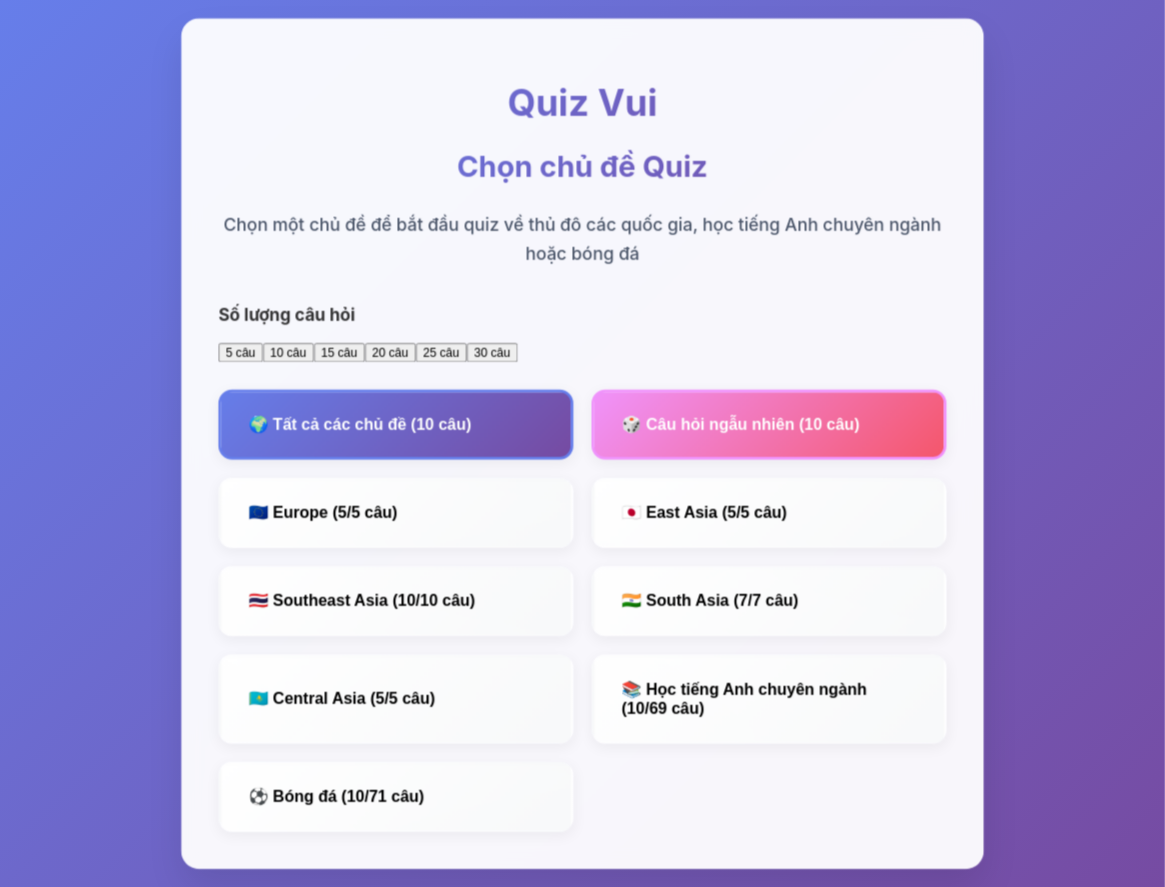
Repository: HuynhPPP/Quiz_App
Page: /
The author's editor kept a copy of each file at every save. The page is drawn from the files as they stood at one save, then again after the next save.
The browser window is 1280 px wide. The pictures show the whole page, at 91% of full size.
The project was rebuilt for these pictures with package versions that can differ from the ones it lists, and the page was loaded fresh each time. Also part of the build but not shown: vite.config.js, src/components/Resutl.jsx, src/components/Review.jsx.

Above is the page before, as saved 2025-09-27 15:31:01.

### index.html
<!doctype html>
<html lang="en">
  <head>
    <meta charset="UTF-8" />
    <link rel="icon" type="image/svg+xml" href="/vite.svg" />
    <meta name="viewport" content="width=device-width, initial-scale=1.0" />
    <title>Quiz Vui</title>
  </head>
  <body>
    <div id="root"></div>
    <script type="module" src="/src/main.jsx"></script>
  </body>
</html>

### src/index.css
/* Global reset and styling */
body {
  margin: 0;
  padding: 0;
  font-family: "Inter", "Segoe UI", Tahoma, Geneva, Verdana, sans-serif;
  background: linear-gradient(135deg, #667eea 0%, #764ba2 100%);
  color: #333;
  min-height: 100vh;
}

/* Container styling for the app */
.container {
  max-width: 800px;
  margin: 20px auto;
  background: rgba(255, 255, 255, 0.95);
  padding: 40px;
  border-radius: 20px;
  box-shadow: 0 20px 40px rgba(0, 0, 0, 0.1);
  backdrop-filter: blur(10px);
  border: 1px solid rgba(255, 255, 255, 0.2);
}

/* Header styling */
h1,
h2 {
  text-align: center;
  margin-bottom: 30px;
  background: linear-gradient(135deg, #667eea, #764ba2);
  -webkit-background-clip: text;
  -webkit-text-fill-color: transparent;
  background-clip: text;
  font-weight: 700;
}

h1 {
  font-size: 2.5em;
  margin-bottom: 10px;
}

h2 {
  font-size: 2em;
}

/* Styling the question text */
.question {
  font-size: 1.4em;
  margin-bottom: 30px;
  font-weight: 600;
  color: #2d3748;
  line-height: 1.6;
  text-align: center;
  padding: 20px;
  background: linear-gradient(135deg, #f7fafc, #edf2f7);
  border-radius: 15px;
  border-left: 5px solid #667eea;
}

/* Option button styling */
.option {
  display: block;
  width: 100%;
  padding: 20px 25px;
  margin: 15px 0;
  border: 3px solid transparent;
  border-radius: 15px;
  background: linear-gradient(135deg, #ffffff, #f8f9fa);
  cursor: pointer;
  text-align: left;
  transition: all 0.3s cubic-bezier(0.4, 0, 0.2, 1);
  font-size: 1.1em;
  font-weight: 500;
  color: #2d3748;
  box-shadow: 0 4px 15px rgba(0, 0, 0, 0.05);
  position: relative;
  overflow: hidden;
}

.option::before {
  content: '';
  position: absolute;
  top: 0;
  left: -100%;
  width: 100%;
  height: 100%;
  background: linear-gradient(90deg, transparent, rgba(255, 255, 255, 0.4), transparent);
  transition: left 0.5s;
}

.option:hover::before {
  left: 100%;
}

.option:hover {
  transform: translateY(-3px);
  box-shadow: 0 8px 25px rgba(102, 126, 234, 0.15);
  border-color: #667eea;
  background: linear-gradient(135deg, #f8f9ff, #ffffff);
}

.option.selected {
  background: linear-gradient(135deg, #667eea, #764ba2);
  border-color: #667eea;
  color: white;
  transform: translateY(-2px);
  box-shadow: 0 8px 25px rgba(102, 126, 234, 0.3);
}

.option.selected::before {
  background: linear-gradient(90deg, transparent, rgba(255, 255, 255, 0.2), transparent);
}

/* Navigation button styles */
.nav-buttons {
  display: flex;
  justify-content: space-between;
  margin-top: 40px;
  gap: 20px;
}

.nav-buttons button {
  padding: 15px 30px;
  border: none;
  background: linear-gradient(135deg, #667eea, #764ba2);
  color: white;
  border-radius: 12px;
  cursor: pointer;
  font-size: 1.1em;
  font-weight: 600;
  transition: all 0.3s cubic-bezier(0.4, 0, 0.2, 1);
  box-shadow: 0 4px 15px rgba(102, 126, 234, 0.3);
  position: relative;
  overflow: hidden;
}

.nav-buttons button::before {
  content: '';
  position: absolute;
  top: 0;
  left: -100%;
  width: 100%;
  height: 100%;
  background: linear-gradient(90deg, transparent, rgba(255, 255, 255, 0.2), transparent);
  transition: left 0.5s;
}

.nav-buttons button:hover::before {
  left: 100%;
}

.nav-buttons button:hover {
  transform: translateY(-2px);
  box-shadow: 0 8px 25px rgba(102, 126, 234, 0.4);
}

.nav-buttons button:disabled {
  background: linear-gradient(135deg, #a0aec0, #cbd5e0);
  cursor: not-allowed;
  transform: none;
  box-shadow: 0 2px 8px rgba(0, 0, 0, 0.1);
}

.nav-buttons button:disabled::before {
  display: none;
}

.result-button {
  display: block;
  padding: 10px 20px;
  border: none;
  background: oklch(55.4% 0.046 257.417);
  color: white;
  border-radius: 6px;
  cursor: pointer;
  font-size: 1em;
  transition: background 0.3s;
}

.result-button:hover {
  background: #1e88e5;
}

/* Score display styling */
.score {
  font-size: 1.4em;
  text-align: center;
  margin: 20px 0;
}

.correct-answer {
  color: #10b981;
  font-weight: 600;
  font-size: 1.1em;
  text-align: center;
  padding: 15px;
  background: linear-gradient(135deg, #d1fae5, #a7f3d0);
  border-radius: 10px;
  border-left: 5px solid #10b981;
  margin: 20px 0;
  animation: slideIn 0.3s ease-out;
}

.incorrect-answer {
  color: #ef4444;
  font-weight: 600;
  font-size: 1.1em;
  text-align: center;
  padding: 15px;
  background: linear-gradient(135deg, #fee2e2, #fecaca);
  border-radius: 10px;
  border-left: 5px solid #ef4444;
  margin: 20px 0;
  animation: slideIn 0.3s ease-out;
}

@keyframes slideIn {
  from {
    opacity: 0;
    transform: translateY(-10px);
  }
  to {
    opacity: 1;
    transform: translateY(0);
  }
}

p.result {
  text-align: center;
  margin: 40px;
}

.resultButtonsContainer {
  display: flex;
  justify-content: center;
  gap: 20px;
}

/* Review component styles */
.review-question {
  margin-bottom: 40px;
  padding: 30px;
  background: linear-gradient(135deg, rgba(102, 126, 234, 0.05), rgba(118, 75, 162, 0.05));
  border-radius: 20px;
  border: 1px solid rgba(102, 126, 234, 0.1);
}

.review-question h3 {
  margin-bottom: 20px;
  font-size: 1.5em;
  background: linear-gradient(135deg, #667eea, #764ba2);
  -webkit-background-clip: text;
  -webkit-text-fill-color: transparent;
  background-clip: text;
}

.review-options {
  margin: 25px 0;
}

.review-options .option {
  position: relative;
  cursor: default;
  padding: 20px 25px;
  margin: 15px 0;
  border: 3px solid transparent;
  border-radius: 15px;
  font-size: 1.1em;
  font-weight: 500;
  transition: all 0.3s ease;
}

.review-options .option:hover {
  transform: none;
  box-shadow: none;
}

.review-options .correct-user-answer {
  background: linear-gradient(135deg, #d4edda, #c3e6cb);
  border-color: #28a745;
  color: #155724;
  box-shadow: 0 4px 15px rgba(40, 167, 69, 0.2);
}

.review-options .incorrect-user-answer {
  background: linear-gradient(135deg, #f8d7da, #f5c6cb);
  border-color: #dc3545;
  color: #721c24;
  box-shadow: 0 4px 15px rgba(220, 53, 69, 0.2);
}

.review-options .correct-answer {
  background: linear-gradient(135deg, #d1ecf1, #bee5eb);
  border-color: #17a2b8;
  color: #0c5460;
  box-shadow: 0 4px 15px rgba(23, 162, 184, 0.2);
}

.answer-label {
  font-weight: bold;
  font-size: 0.9em;
  margin-left: 10px;
  padding: 4px 8px;
  border-radius: 6px;
  background: rgba(255, 255, 255, 0.3);
}

.answer-status {
  margin: 25px 0;
  padding: 20px;
  border-radius: 15px;
  background: linear-gradient(135deg, #f8f9fa, #e9ecef);
  border-left: 5px solid #667eea;
  font-size: 1.1em;
  font-weight: 600;
}

.answer-status .correct-answer {
  color: #28a745;
  font-weight: bold;
}

.answer-status .incorrect-answer {
  color: #dc3545;
  font-weight: bold;
}

.answer-status .no-answer {
  color: #ffc107;
  font-weight: bold;
}

.review-buttons {
  display: flex;
  justify-content: center;
  gap: 20px;
  margin-top: 40px;
  flex-wrap: wrap;
}

.review-buttons .result-button {
  padding: 15px 30px;
  border: none;
  border-radius: 12px;
  cursor: pointer;
  font-size: 1.1em;
  font-weight: 600;
  transition: all 0.3s cubic-bezier(0.4, 0, 0.2, 1);
  box-shadow: 0 4px 15px rgba(0, 0, 0, 0.1);
  position: relative;
  overflow: hidden;
}

.review-buttons .result-button:first-child {
  background: linear-gradient(135deg, #6c757d, #5a6268);
  color: white;
}

.review-buttons .result-button:last-child {
  background: linear-gradient(135deg, #667eea, #764ba2);
  color: white;
}

.review-buttons .result-button:hover {
  transform: translateY(-2px);
  box-shadow: 0 8px 25px rgba(0, 0, 0, 0.2);
}

.review-buttons .result-button:first-child:hover {
  background: linear-gradient(135deg, #5a6268, #495057);
}

.review-buttons .result-button:last-child:hover {
  background: linear-gradient(135deg, #5a6fd8, #6a4190);
}

/* Quiz Selector styles */
.quiz-description {
  text-align: center;
  margin-bottom: 40px;
  color: #4a5568;
  font-size: 1.2em;
  font-weight: 500;
  line-height: 1.6;
}

.quiz-categories {
  display: grid;
  grid-template-columns: repeat(auto-fit, minmax(300px, 1fr));
  gap: 20px;
  margin-top: 30px;
}

.category-button {
  padding: 25px 30px;
  border: 3px solid transparent;
  border-radius: 15px;
  background: linear-gradient(135deg, #ffffff, #f8f9fa);
  cursor: pointer;
  font-size: 1.1em;
  font-weight: 600;
  transition: all 0.3s cubic-bezier(0.4, 0, 0.2, 1);
  text-align: left;
  box-shadow: 0 4px 15px rgba(0, 0, 0, 0.05);
  position: relative;
  overflow: hidden;
}

.category-button::before {
  content: '';
  position: absolute;
  top: 0;
  left: -100%;
  width: 100%;
  height: 100%;
  background: linear-gradient(90deg, transparent, rgba(102, 126, 234, 0.1), transparent);
  transition: left 0.5s;
}

.category-button:hover::before {
  left: 100%;
}

.category-button:hover {
  border-color: #667eea;
  background: linear-gradient(135deg, #f8f9ff, #ffffff);
  transform: translateY(-5px);
  box-shadow: 0 15px 35px rgba(102, 126, 234, 0.2);
}

.category-button.all-questions {
  background: linear-gradient(135deg, #667eea 0%, #764ba2 100%);
  color: white;
  border-color: #667eea;
  font-weight: bold;
}

.category-button.all-questions:hover {
  background: linear-gradient(135deg, #5a6fd8 0%, #6a4190 100%);
  transform: translateY(-5px);
  box-shadow: 0 15px 35px rgba(102, 126, 234, 0.4);
}

.category-button.random {
  background: linear-gradient(135deg, #f093fb 0%, #f5576c 100%);
  color: white;
  border-color: #f093fb;
  font-weight: bold;
}

.category-button.random:hover {
  background: linear-gradient(135deg, #ee82f0 0%, #f3455a 100%);
  transform: translateY(-5px);
  box-shadow: 0 15px 35px rgba(240, 147, 251, 0.4);
}

/* Dark Theme Styles */
.dark-theme {
  background: #1a1a1a;
  color: #e0e0e0;
}

.dark-theme .container {
  background: #2d2d2d;
  color: #e0e0e0;
  box-shadow: 0 4px 12px rgba(0, 0, 0, 0.3);
}

.dark-theme .option {
  background: #3d3d3d;
  color: #e0e0e0;
  border-color: #555;
}

.dark-theme .option:hover {
  background: #4d4d4d;
}

.dark-theme .option.selected {
  background: #1e3a8a;
  border-color: #3b82f6;
  color: #e0e0e0;
}

.dark-theme .nav-buttons button {
  background: #3b82f6;
}

.dark-theme .nav-buttons button:hover {
  background: #2563eb;
}

.dark-theme .result-button {
  background: #3b82f6;
}

.dark-theme .result-button:hover {
  background: #2563eb;
}

/* Theme Toggle */
.theme-toggle {
  position: fixed;
  top: 20px;
  right: 20px;
  z-index: 1000;
}

.theme-toggle-btn {
  width: 50px;
  height: 50px;
  border-radius: 50%;
  border: 2px solid #e0e0e0;
  background: #fff;
  cursor: pointer;
  font-size: 20px;
  display: flex;
  align-items: center;
  justify-content: center;
  transition: all 0.3s;
  box-shadow: 0 2px 8px rgba(0, 0, 0, 0.1);
}

.theme-toggle-btn:hover {
  transform: scale(1.1);
  box-shadow: 0 4px 12px rgba(0, 0, 0, 0.2);
}

.dark-theme .theme-toggle-btn {
  background: #2d2d2d;
  border-color: #555;
  color: #e0e0e0;
}

/* Timer Styles */
.timer-container {
  display: flex;
  flex-direction: column;
  align-items: center;
  margin-bottom: 20px;
}

.timer-header {
  display: flex;
  align-items: center;
  gap: 10px;
  margin-bottom: 15px;
}

.game-mode-icon {
  font-size: 24px;
}

.game-mode-name {
  font-size: 18px;
  font-weight: bold;
}

.timer-display {
  position: relative;
}

.timer-circle {
  position: relative;
  width: 120px;
  height: 120px;
}

.timer-svg {
  width: 100%;
  height: 100%;
  transform: rotate(-90deg);
}

.timer-progress {
  transition: stroke-dashoffset 0.3s ease;
}

.timer-progress.active {
  animation: pulse 1s infinite;
}

@keyframes pulse {
  0%, 100% { opacity: 1; }
  50% { opacity: 0.7; }
}

.timer-text {
  position: absolute;
  top: 50%;
  left: 50%;
  transform: translate(-50%, -50%);
  text-align: center;
}

.time-number {
  display: block;
  font-size: 24px;
  font-weight: bold;
  color: #333;
}

.time-label {
  display: block;
  font-size: 12px;
  color: #666;
}

.dark-theme .time-number {
  color: #e0e0e0;
}

.dark-theme .time-label {
  color: #999;
}

/* Streak Display */
.streak-container {
  display: flex;
  flex-direction: column;
  align-items: center;
  padding: 15px;
  background: linear-gradient(135deg, #ff6b6b, #ffa500);
  border-radius: 15px;
  color: white;
  min-width: 200px;
}

.streak-main {
  display: flex;
  align-items: center;
  gap: 15px;
  margin-bottom: 10px;
}

.streak-fire {
  font-size: 32px;
  animation: flame 1s infinite alternate;
}

@keyframes flame {
  0% { transform: scale(1); }
  100% { transform: scale(1.1); }
}

.streak-info {
  text-align: center;
}

.streak-number {
  font-size: 28px;
  font-weight: bold;
  display: block;
}

.streak-message {
  font-size: 14px;
  opacity: 0.9;
}

.streak-stats {
  display: flex;
  gap: 20px;
  font-size: 12px;
}

.stat-item {
  display: flex;
  flex-direction: column;
  align-items: center;
}

.stat-label {
  opacity: 0.8;
}

.stat-value {
  font-weight: bold;
  font-size: 16px;
}

/* Quiz Header Layout */
.quiz-header {
  display: flex;
  justify-content: space-between;
  align-items: center;
  margin-bottom: 40px;
  gap: 20px;
  padding: 20px;
  background: linear-gradient(135deg, rgba(102, 126, 234, 0.1), rgba(118, 75, 162, 0.1));
  border-radius: 15px;
  border: 1px solid rgba(102, 126, 234, 0.2);
}

.quiz-content {
  flex: 1;
}

.quiz-header h2 {
  margin: 0;
  font-size: 1.8em;
  background: linear-gradient(135deg, #667eea, #764ba2);
  -webkit-background-clip: text;
  -webkit-text-fill-color: transparent;
  background-clip: text;
}

/* Game Modes Section */
.game-modes-section {
  margin-bottom: 30px;
}

.game-modes-section h3 {
  text-align: center;
  margin-bottom: 20px;
  color: #333;
}

.game-modes {
  display: grid;
  grid-template-columns: repeat(auto-fit, minmax(200px, 1fr));
  gap: 15px;
  margin-bottom: 20px;
}

.game-mode-card {
  display: flex;
  align-items: center;
  gap: 15px;
  padding: 15px;
  background: #f8f9fa;
  border-radius: 10px;
  border: 2px solid #e9ecef;
}

.mode-icon {
  font-size: 24px;
}

.mode-info h4 {
  margin: 0 0 5px 0;
  color: #333;
}

.mode-info p {
  margin: 0;
  font-size: 12px;
  color: #666;
}

.dark-theme .game-mode-card {
  background: #3d3d3d;
  border-color: #555;
}

.dark-theme .mode-info h4 {
  color: #e0e0e0;
}

.dark-theme .mode-info p {
  color: #999;
}

/* Quiz Categories Section */
.quiz-categories-section {
  margin-bottom: 30px;
}

.quiz-categories-section h3 {
  text-align: center;
  margin-bottom: 20px;
  color: #333;
}

.dark-theme .quiz-categories-section h3 {
  color: #e0e0e0;
}

/* Quick Start Section */
.quick-start-section {
  margin-bottom: 30px;
}

.quick-start-section h3 {
  text-align: center;
  margin-bottom: 20px;
  color: #333;
}

.quick-start-buttons {
  display: flex;
  justify-content: center;
  gap: 15px;
  flex-wrap: wrap;
}

.quick-start-btn {
  padding: 12px 20px;
  border: none;
  border-radius: 8px;
  cursor: pointer;
  font-size: 14px;
  font-weight: bold;
  transition: all 0.3s;
  color: white;
}

.quick-start-btn.time-attack {
  background: linear-gradient(135deg, #ff6b6b, #ee5a24);
}

.quick-start-btn.blitz {
  background: linear-gradient(135deg, #feca57, #ff9ff3);
}

.quick-start-btn.survival {
  background: linear-gradient(135deg, #2c2c54, #40407a);
}

.quick-start-btn:hover {
  transform: translateY(-2px);
  box-shadow: 0 4px 12px rgba(0, 0, 0, 0.2);
}

.dark-theme .quick-start-section h3 {
  color: #e0e0e0;
}

/* Back to Selector Button */
.back-to-selector-btn {
  padding: 12px 20px;
  background: linear-gradient(135deg, #6c757d, #5a6268);
  color: white;
  border: none;
  border-radius: 10px;
  cursor: pointer;
  font-size: 14px;
  font-weight: 600;
  transition: all 0.3s cubic-bezier(0.4, 0, 0.2, 1);
  display: flex;
  align-items: center;
  gap: 8px;
  box-shadow: 0 4px 15px rgba(108, 117, 125, 0.3);
  position: relative;
  overflow: hidden;
}

.back-to-selector-btn::before {
  content: '';
  position: absolute;
  top: 0;
  left: -100%;
  width: 100%;
  height: 100%;
  background: linear-gradient(90deg, transparent, rgba(255, 255, 255, 0.2), transparent);
  transition: left 0.5s;
}

.back-to-selector-btn:hover::before {
  left: 100%;
}

.back-to-selector-btn:hover {
  background: linear-gradient(135deg, #5a6268, #495057);
  transform: translateY(-2px);
  box-shadow: 0 8px 25px rgba(108, 117, 125, 0.4);
}

.dark-theme .back-to-selector-btn {
  background: linear-gradient(135deg, #495057, #343a40);
}

.dark-theme .back-to-selector-btn:hover {
  background: linear-gradient(135deg, #343a40, #212529);
}

### src/App.jsx
import Quiz from "./components/Quiz"

function App() {
  return (
    <div className="container">
      <h1>Quiz Vui</h1>
      <Quiz />

    </div>
  )
}

export default App

### src/components/QuizSelector.jsx
import React, { useState } from 'react'
import { getAllCategories, getQuestionsByCategory, getRandomQuestions } from '../data/index'

const QuizSelector = ({ onStartQuiz }) => {
    const categories = getAllCategories();
    const [selectedCategory, setSelectedCategory] = useState('');
    const [questionCount, setQuestionCount] = useState(10);

    const handleCategorySelect = (category) => {
        setSelectedCategory(category);
        const questions = getQuestionsByCategory(category);
        const limitedQuestions = questions.slice(0, Math.min(questionCount, questions.length));
        onStartQuiz(limitedQuestions);
    };

    const handleRandomQuiz = () => {
        const questions = getRandomQuestions(questionCount);
        onStartQuiz(questions);
    };

    const handleAllQuestions = () => {
        const questions = getRandomQuestions(Math.min(questionCount, 30));
        onStartQuiz(questions);
    };

    const handleQuestionCountChange = (count) => {
        setQuestionCount(count);
    };

    return (
        <div>
            <h2>Chọn chủ đề Quiz</h2>
            <p className="quiz-description">
                Chọn một chủ đề để bắt đầu quiz về thủ đô các quốc gia, học tiếng Anh chuyên ngành hoặc bóng đá
            </p>

            {/* Question Count Selector */}
            <div className="question-count-selector">
                <h3>Số lượng câu hỏi</h3>
                <div className="count-options">
                    {[5, 10, 15, 20, 25, 30].map(count => (
                        <button
                            key={count}
                            className={`count-option ${questionCount === count ? 'selected' : ''}`}
                            onClick={() => handleQuestionCountChange(count)}
                        >
                            {count} câu
                        </button>
                    ))}
                </div>
            </div>

            <div className="quiz-categories">
                <button
                    className="category-button all-questions"
                    onClick={handleAllQuestions}
                >
                    🌍 Tất cả các chủ đề ({Math.min(questionCount, 30)} câu)
                </button>

                <button
                    className="category-button random"
                    onClick={handleRandomQuiz}
                >
                    🎲 Câu hỏi ngẫu nhiên ({questionCount} câu)
                </button>

                {categories.map((category, index) => {
                    const totalQuestions = getQuestionsByCategory(category).length;
                    const displayCount = Math.min(questionCount, totalQuestions);
                    const categoryEmojis = {
                        'Europe': '🇪🇺',
                        'East Asia': '🇯🇵',
                        'Southeast Asia': '🇹🇭',
                        'South Asia': '🇮🇳',
                        'Central Asia': '🇰🇿',
                        'Học tiếng Anh chuyên ngành': '📚',
                        'Bóng đá': '⚽'
                    };

                    return (
                        <button
                            key={index}
                            className="category-button"
                            onClick={() => handleCategorySelect(category)}
                        >
                            {categoryEmojis[category] || '🌏'} {category} ({displayCount}/{totalQuestions} câu)
                        </button>
                    );
                })}
            </div>
        </div>
    );
};

export default QuizSelector;

Loaded but not shown: src/main.jsx (common file); src/data/footballData.js (438 lines, source omitted); src/data/itVocabularyData.js (417 lines, source omitted); src/data/capitalsData.js (204 lines, source omitted); src/data/index.js (31 lines, source omitted); src/components/Quiz.jsx (175 lines, source omitted)

After the next save:
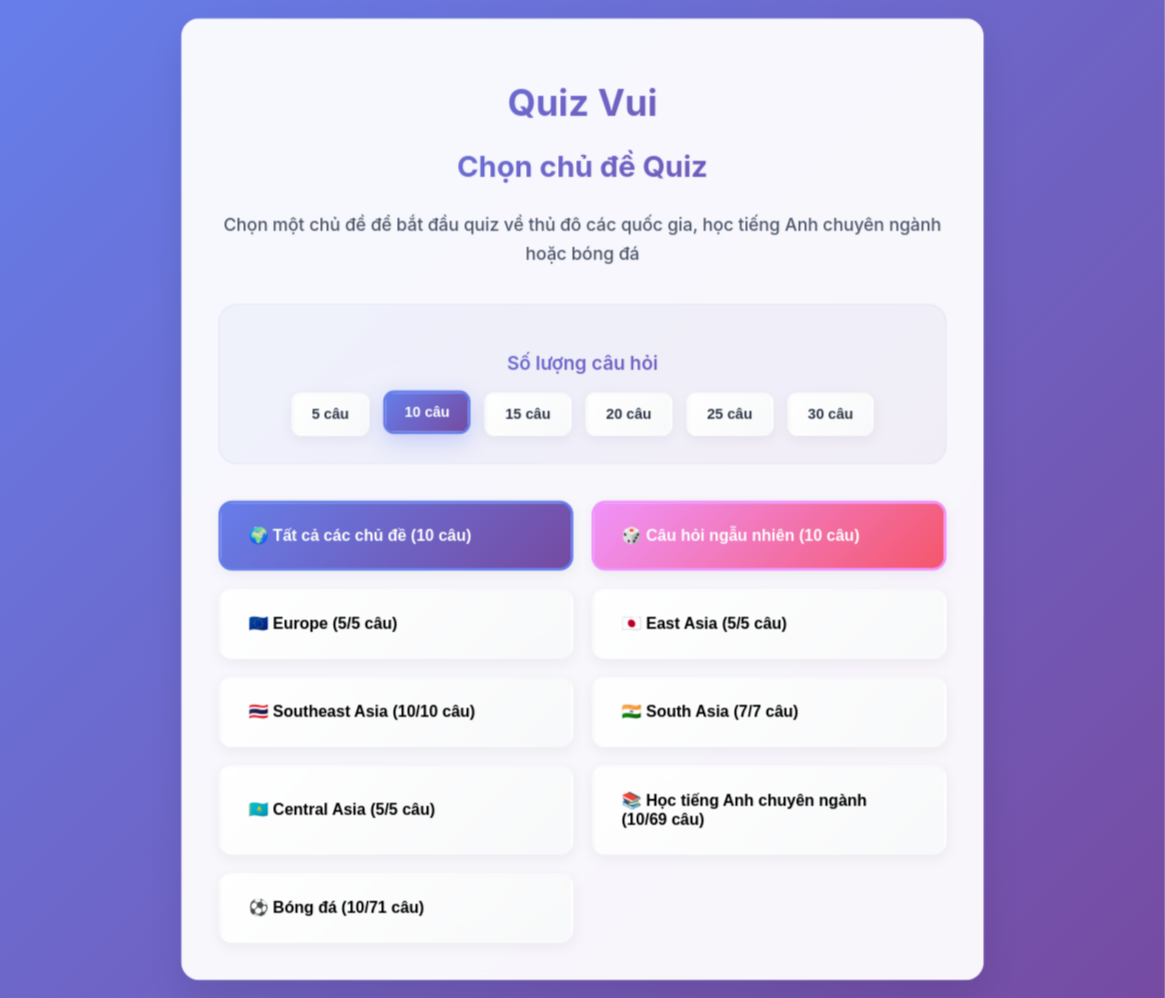
Saved 13 s later.
--- a/src/index.css
+++ b/src/index.css
@@ -382,6 +382,82 @@ p.result {
   line-height: 1.6;
 }
 
+/* Question Count Selector */
+.question-count-selector {
+  margin-bottom: 40px;
+  padding: 30px;
+  background: linear-gradient(135deg, rgba(102, 126, 234, 0.05), rgba(118, 75, 162, 0.05));
+  border-radius: 20px;
+  border: 1px solid rgba(102, 126, 234, 0.1);
+}
+
+.question-count-selector h3 {
+  text-align: center;
+  margin-bottom: 20px;
+  font-size: 1.3em;
+  background: linear-gradient(135deg, #667eea, #764ba2);
+  -webkit-background-clip: text;
+  -webkit-text-fill-color: transparent;
+  background-clip: text;
+  font-weight: 600;
+}
+
+.count-options {
+  display: flex;
+  justify-content: center;
+  gap: 15px;
+  flex-wrap: wrap;
+}
+
+.count-option {
+  padding: 12px 20px;
+  border: 3px solid transparent;
+  border-radius: 12px;
+  background: linear-gradient(135deg, #ffffff, #f8f9fa);
+  cursor: pointer;
+  font-size: 1em;
+  font-weight: 600;
+  transition: all 0.3s cubic-bezier(0.4, 0, 0.2, 1);
+  color: #2d3748;
+  box-shadow: 0 4px 15px rgba(0, 0, 0, 0.05);
+  position: relative;
+  overflow: hidden;
+}
+
+.count-option::before {
+  content: '';
+  position: absolute;
+  top: 0;
+  left: -100%;
+  width: 100%;
+  height: 100%;
+  background: linear-gradient(90deg, transparent, rgba(102, 126, 234, 0.1), transparent);
+  transition: left 0.5s;
+}
+
+.count-option:hover::before {
+  left: 100%;
+}
+
+.count-option:hover {
+  border-color: #667eea;
+  background: linear-gradient(135deg, #f8f9ff, #ffffff);
+  transform: translateY(-2px);
+  box-shadow: 0 8px 25px rgba(102, 126, 234, 0.15);
+}
+
+.count-option.selected {
+  background: linear-gradient(135deg, #667eea, #764ba2);
+  border-color: #667eea;
+  color: white;
+  transform: translateY(-2px);
+  box-shadow: 0 8px 25px rgba(102, 126, 234, 0.3);
+}
+
+.count-option.selected::before {
+  background: linear-gradient(90deg, transparent, rgba(255, 255, 255, 0.2), transparent);
+}
+
 .quiz-categories {
   display: grid;
   grid-template-columns: repeat(auto-fit, minmax(300px, 1fr));
